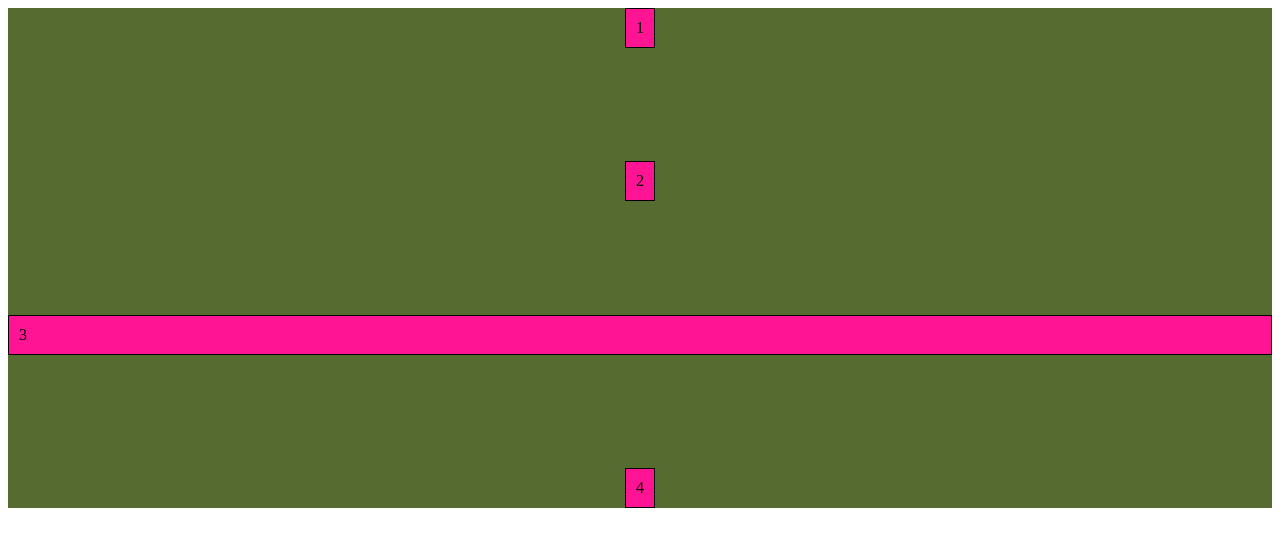
Repository: RustamNazarov98/demo
Page: index.html
The author's editor kept a copy of each file at every save. The page is drawn from the files as they stood at one save, then again after the next save.
The browser window is 1280 px wide. The pictures show the whole page.

Above is the page before, as saved 2022-04-06 17:36:10.

### index.html
<!DOCTYPE html>
<html lang="en">
<head>
    <meta charset="UTF-8">
    <meta http-equiv="X-UA-Compatible" content="IE=edge">
    <meta name="viewport" content="width=device-width, initial-scale=1.0">
    <link rel="stylesheet" href="./style.css">
    <title>Document</title>
</head>
<body>
    <div class="flexbox">
        <div>1</div>
        <div>2</div>
        <div>3</div>
        <div>4</div>
    </div>
</body>
</html>

### style.css
.flexbox{
    display: flex;
    flex-direction: column;
    justify-content: space-between;
    align-items:center;
    background-color: darkolivegreen;
    height: 500px;
}
.flexbox > div {
    border: 1px solid black;
    padding: 10px;
    background-color: deeppink;
}
.flexbox > div:nth-child(3) {
    align-self: stretch;
}

After the next save:
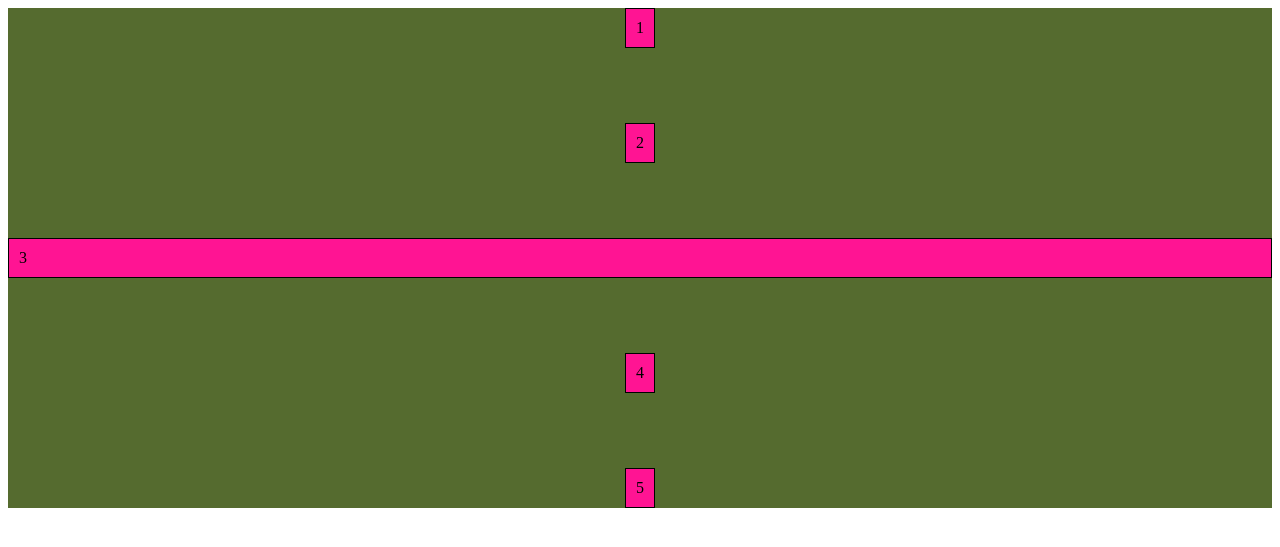
Saved 13 s later.
--- a/index.html
+++ b/index.html
@@ -13,6 +13,7 @@
         <div>2</div>
         <div>3</div>
         <div>4</div>
+        <div>5</div>
     </div>
 </body>
 </html>
